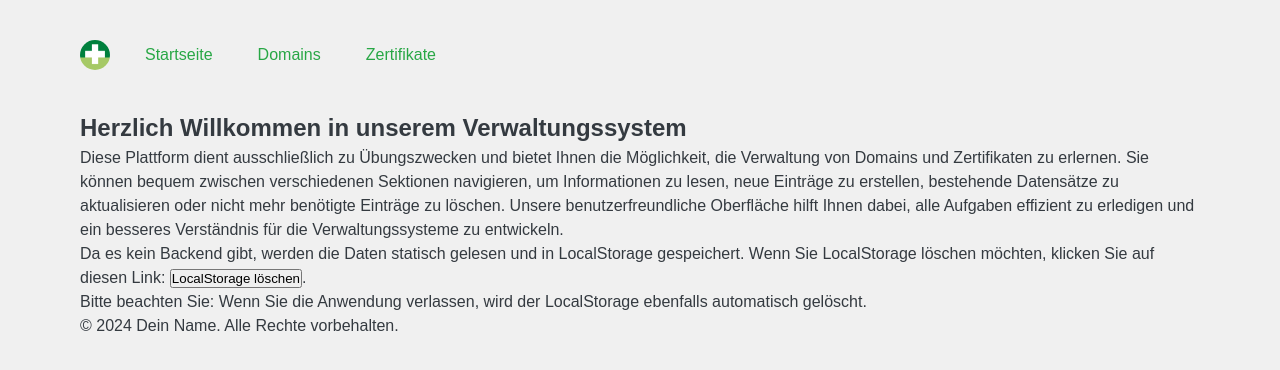
Repository: bajricadmir/verwaltungssystem-vanilla-html-css
Page: index.html
An editor plug-in stored every save of this project. The page is shown before and after the next save, followed by the edit.
The browser window is 1280 px wide. The pictures show the whole page.

Above is the page before, as saved 2024-10-14 11:10:45.

After the next save:
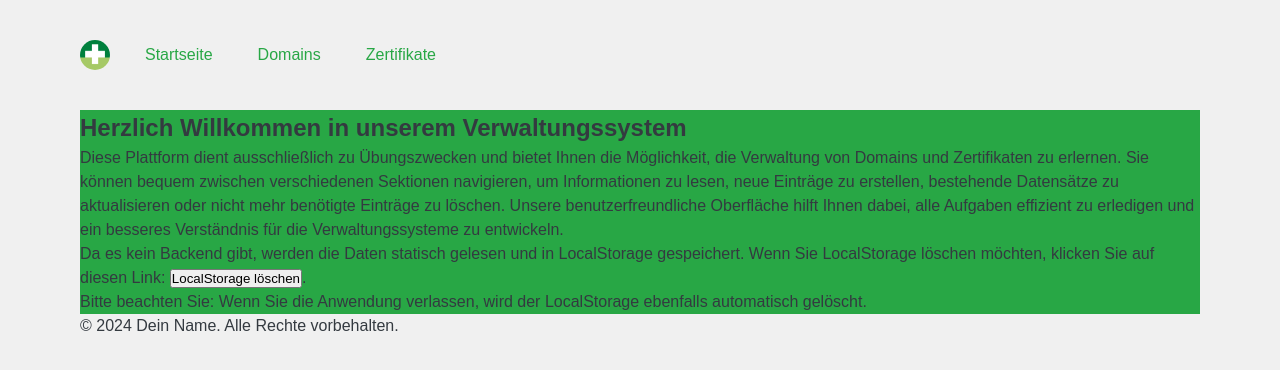
Saved 18 s later.
--- a/style.css
+++ b/style.css
@@ -93,4 +93,5 @@ table {
   flex-direction: column;
   align-items: center;
   margin-top: 40px;
+  background-color: var(--success-color);
 }
